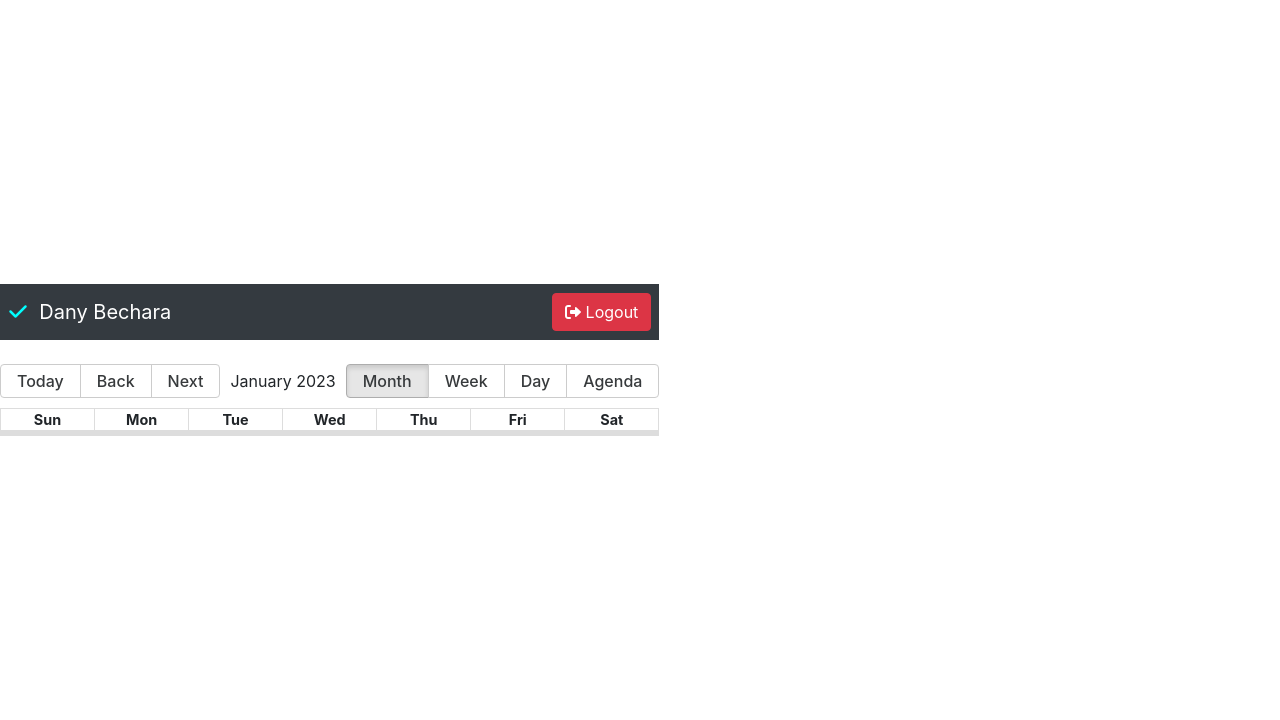
Repository: bechara611/calendar-frontend
Page: /
The author's editor kept a copy of each file at every save. The page is drawn from the files as they stood at one save, then again after the next save.
The browser window is 1280 px wide. The pictures show the whole page.
The project was rebuilt for these pictures with package versions that can differ from the ones it lists, and the page was loaded fresh each time. Also part of the build but not shown: vite.config.js. Imported but missing from the stored project, and not drawn on this page: src/auth.

Above is the page before, as saved 2023-01-04 14:44:22.

After the next save:
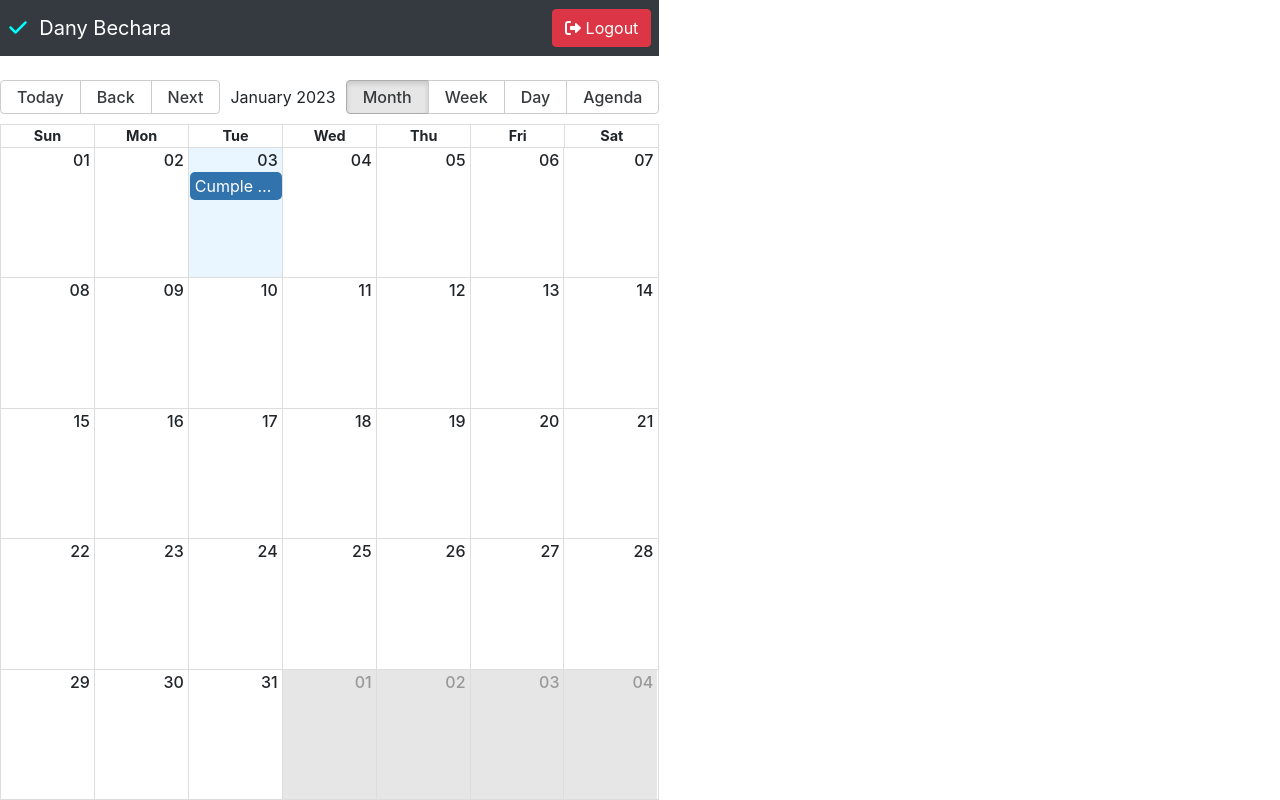
Saved 19 s later.
--- a/src/calendar/pages/CalendarPages.jsx
+++ b/src/calendar/pages/CalendarPages.jsx
@@ -37,7 +37,7 @@
     events={events}
     startAccessor="start"
     endAccessor="end"
-    style={{ height: 'calc(100vh-80px)' }}
+    style={{ height: '100vh' }}
   />
     </>
 

After the save that followed:
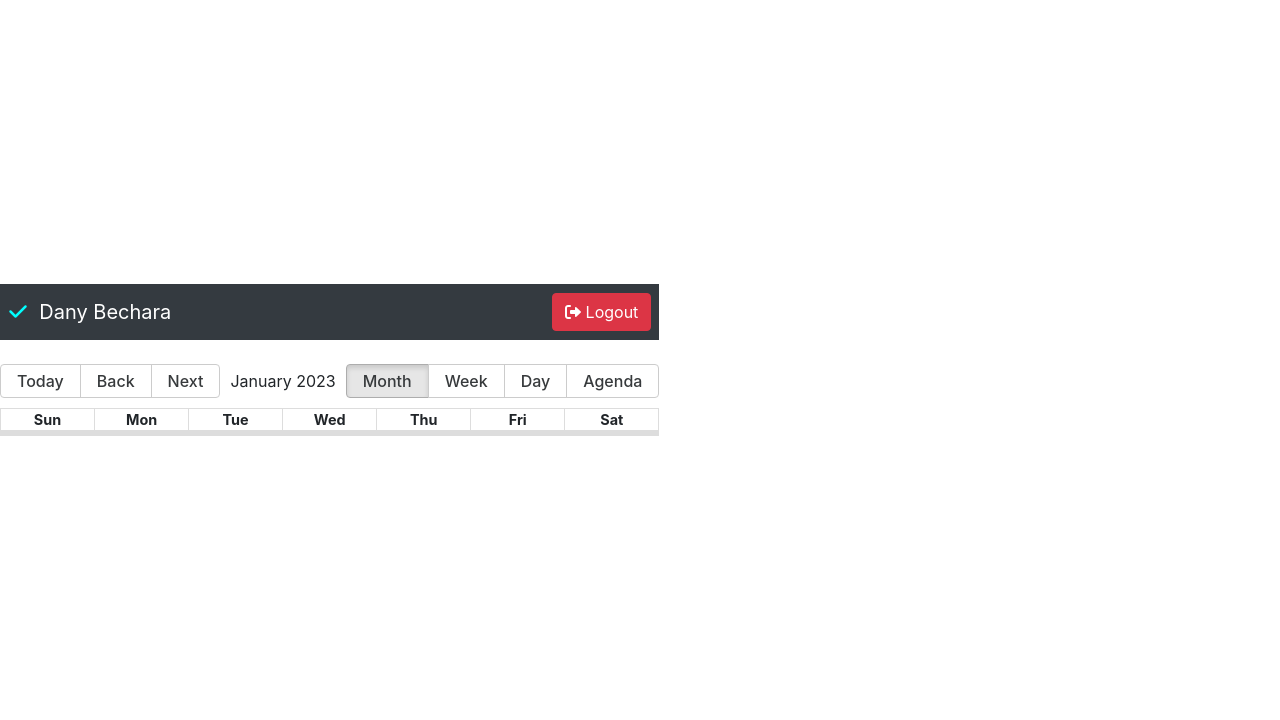
Saved 8 s later.
--- a/src/calendar/pages/CalendarPages.jsx
+++ b/src/calendar/pages/CalendarPages.jsx
@@ -37,7 +37,7 @@
     events={events}
     startAccessor="start"
     endAccessor="end"
-    style={{ height: '100vh' }}
+    style={{ height: 'calc(100vh-80px)' }}
   />
     </>
 
